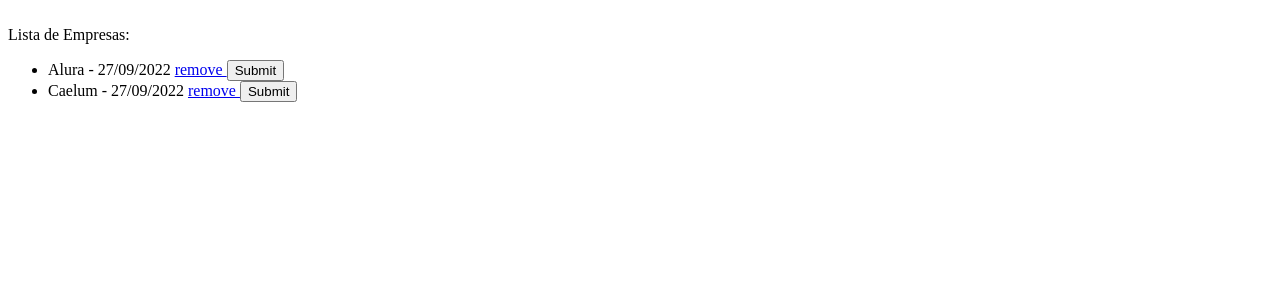
Repository: DiegoDBLe/JavaAlura
Page: http://localhost/gerenciador/listaEmpresas
These files come from the project's save history. The page is drawn as it stood at one moment and after the next save; the edit follows.
The browser window is 1280 px wide. The pictures show the whole page.
The page is served by Tomcat 10. Other server files are loaded and not shown.

Above is the page before, as saved 2022-10-13 01:49:10.

### gerenciador/src/main/webapp/listaEmpresas.jsp
<%@ page language="java" contentType="text/html; charset=ISO-8859-1"
	pageEncoding="ISO-8859-1"%>
<%@ page
	import="java.util.List, br.com.alura.gerenciador.servlet.Empresa"%>
<%@ taglib uri="http://java.sun.com/jsp/jstl/core" prefix="c"%>
<%@ taglib uri="http://java.sun.com/jsp/jstl/fmt" prefix="fmt"%>
<!DOCTYPE html>
<html>
<head>
<meta charset="ISO-8859-1">
<title>JSTL - Java Standard Taglib</title>
</head>
<body>

	<c:if test="${not empty empresa}">
			Empresa ${empresa} cadastrada com sucesso!
			<br>
	</c:if>

	<br>Lista de Empresas:
	<br>

	<ul>

		<c:forEach items="${empresas}" var="empresa">

			<li>
				${empresa.nome} - <fmt:formatDate value="${empresa.dataAbertura}" pattern="dd/MM/yyyy" />
				<a href="/gerenciador/removeEmpresa"> remove </a>
				<input href="/gerenciador/removeEmpresa" type="submit">
			</li>

		</c:forEach>

	</ul>

</body>
</html>

### gerenciador/src/main/java/br/com/alura/gerenciador/servlet/ListaEmpresasServlet.java
package br.com.alura.gerenciador.servlet;

import java.io.IOException;
import java.util.List;

import jakarta.servlet.RequestDispatcher;
import jakarta.servlet.ServletException;
import jakarta.servlet.http.HttpServlet;
import jakarta.servlet.http.HttpServletRequest;
import jakarta.servlet.http.HttpServletResponse;
/*
 *  @ /listaEmpresas
 * */

public class ListaEmpresasServlet extends HttpServlet {
	private static final long serialVersionUID = 1L;


	// Chamando o Servlet
	protected void service(HttpServletRequest request, HttpServletResponse response) throws ServletException, IOException {

		// Servlet vai ler as empresas.
		Banco banco = new Banco();
		List<Empresa> listaEmpresa = banco.getEmpresas();

		//Pendurando: ou seja, colocar dentro da requisição o atributo (empresas) é o mesmo que vai no items = do forEach.
		request.setAttribute("empresas", listaEmpresa);


		// Integrando com o arquivo JSP:
		RequestDispatcher rd = request.getRequestDispatcher("/listaEmpresas.jsp");
		rd.forward(request, response);

	}

}

### gerenciador/src/main/java/br/com/alura/gerenciador/servlet/Banco.java
package br.com.alura.gerenciador.servlet;

import java.util.ArrayList;
import java.util.List;

public class Banco {

	private static List<Empresa> listaEmpresas = new ArrayList<>();

	static {
		Empresa empresa = new Empresa();
		empresa.setNome("Alura");

		Empresa empresa2 = new Empresa();
		empresa2.setNome("Caelum");

		listaEmpresas.add(empresa);
		listaEmpresas.add(empresa2);
	}
	public void adicionar(Empresa empresa) {
		Banco.listaEmpresas.add(empresa);
	}

	public List<Empresa> getEmpresas(){
		return Banco.listaEmpresas;
	}

}

### gerenciador/src/main/java/br/com/alura/gerenciador/servlet/Empresa.java
package br.com.alura.gerenciador.servlet;

import java.util.Date;

public class Empresa {

	private Integer id;
	private String nome;
	private Date dataAbertura = new Date();


	public Integer getId() {
		return id;
	}
	public void setId(Integer id) {
		this.id = id;
	}
	public String getNome() {
		return nome;
	}
	public void setNome(String nome) {
		this.nome = nome;
	}

	public Date getDataAbertura() {
		return dataAbertura;
	}

	public void setDataAbertura(Date dataAbertura) {
		this.dataAbertura = dataAbertura;
	}



}

After the next save:
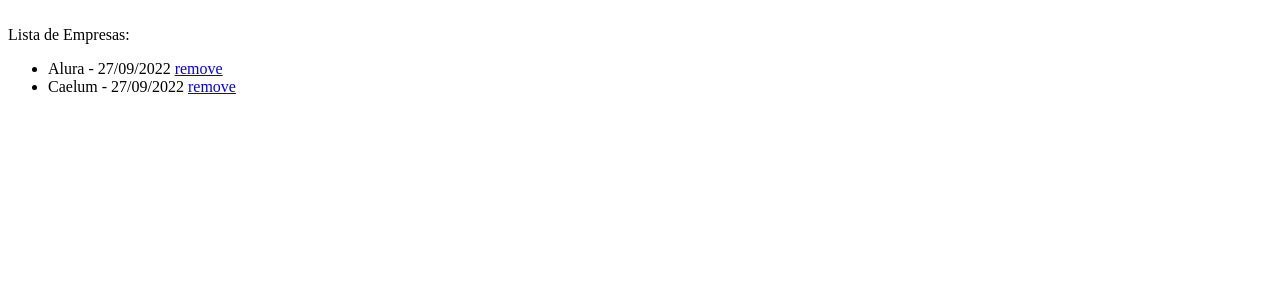
Saved 57 s later.
--- a/gerenciador/src/main/webapp/listaEmpresas.jsp
+++ b/gerenciador/src/main/webapp/listaEmpresas.jsp
@@ -27,7 +27,6 @@
 			<li>
 				${empresa.nome} - <fmt:formatDate value="${empresa.dataAbertura}" pattern="dd/MM/yyyy" />
 				<a href="/gerenciador/removeEmpresa"> remove </a>
-				<input href="/gerenciador/removeEmpresa" type="submit">
 			</li>
 
 		</c:forEach>
